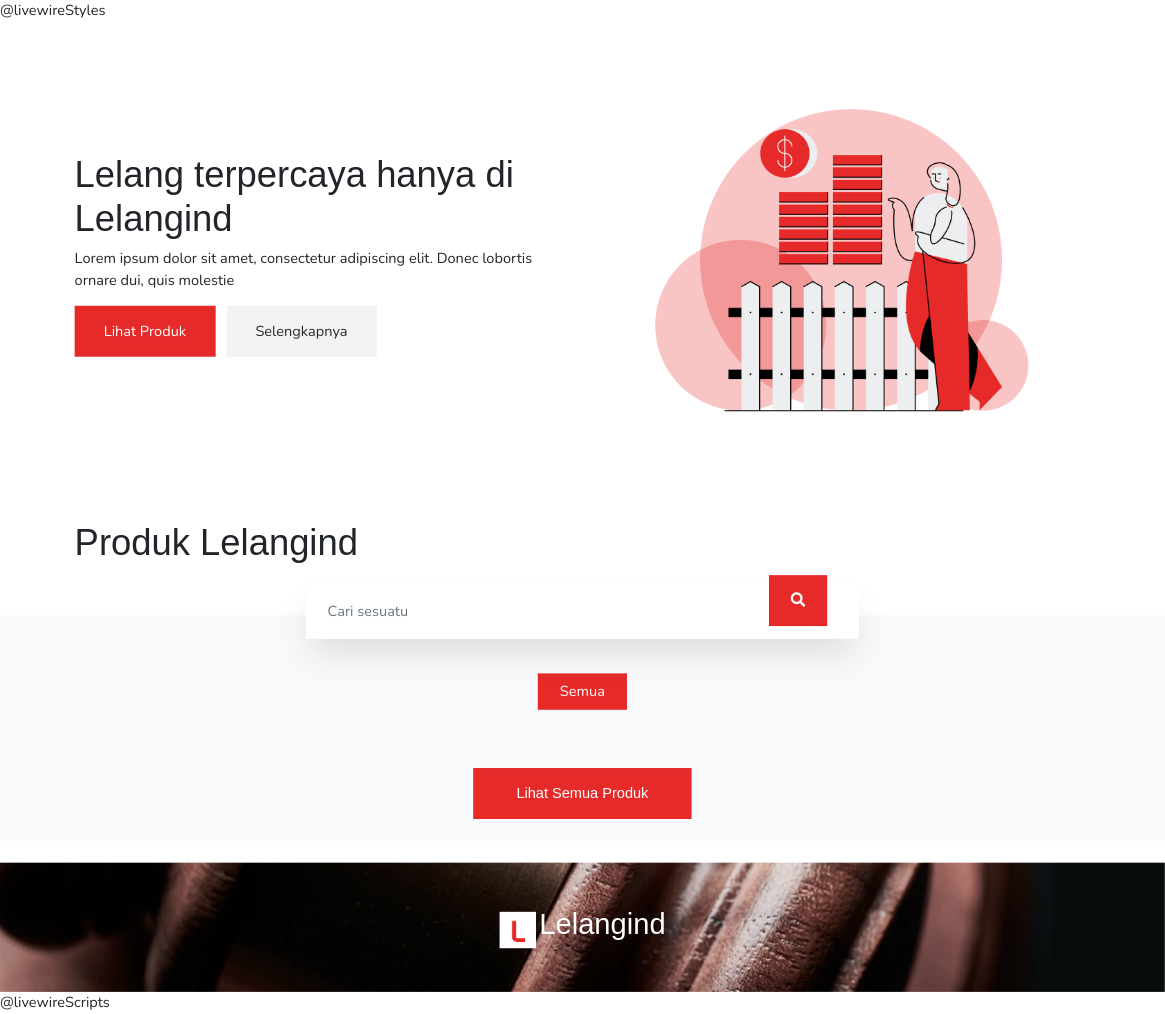
Repository: khulqu15/lelangyuk
Page: http://localhost/
An editor plug-in stored every save of this project. The page is shown before and after the next save, followed by the edit.
The browser window is 1280 px wide. The pictures show the whole page, at 91% of full size.
Backgrounds fixed to the window are drawn as part of the page. Some web fonts or font styles are not loaded; a fallback is used. The page is served by the project's Laravel application, run on PHP 8.4 with Laravel 8. Other server files are loaded and not shown. Queries for data that is not in the repository find no rows.

Above is the page before, as saved 2021-02-15 16:01:30.

### routes/web.php
<?php

use App\Http\Controllers\PageController;
use App\Http\Livewire\Page\Home;
use Illuminate\Support\Facades\Route;

/*
|--------------------------------------------------------------------------
| Web Routes
|--------------------------------------------------------------------------
|
| Here is where you can register web routes for your application. These
| routes are loaded by the RouteServiceProvider within a group which
| contains the "web" middleware group. Now create something great!
|
*/

Route::get('/', [PageController::class, 'home'])->name('home');

Route::get('home', [Home::class, 'render']);

Route::middleware(['auth:sanctum', 'verified'])->get('/dashboard', function () {
    return view('dashboard');
})->name('dashboard');

### app/Http/Controllers/PageController.php
<?php

namespace App\Http\Controllers;

use App\Models\CategoryProduct;
use App\Models\Product;
use Illuminate\Http\Request;

class PageController extends Controller
{
    public $product;
    public $ctr;

    public function __construct(Product $product, CategoryProduct $category)
    {
        $this->ctr = $category;
        $this->product = $product;
    }

    public function home(Request $request)
    {
        $query = $this->product->query();
        $product = $query->with('Category');
        if($request->get('name')) {
            $products = $query->where('name', 'LIKE', "%".$request->get('name')."%");
        }
        if($request->get('category')) {
            $products = $query->where('category_id', $request->get('category'));
        }
        $products = $query->paginate(6);
        $categories = $this->ctr->paginate(4);
        return view('welcome', compact('products', 'categories'));
    }

    public function products(Request $request)
    {

    }

    public function product(Request $request)
    {

    }
}

### app/Http/Controllers/Controller.php
<?php

namespace App\Http\Controllers;

use GuzzleHttp\Exception\ClientException;
use Illuminate\Foundation\Auth\Access\AuthorizesRequests;
use Illuminate\Foundation\Bus\DispatchesJobs;
use Illuminate\Foundation\Validation\ValidatesRequests;
use Illuminate\Routing\Controller as BaseController;

class Controller extends BaseController
{
    use AuthorizesRequests, DispatchesJobs, ValidatesRequests;

    public function onSuccess($dataType, $data, $requestType = null)
    {
        if($requestType != null) {
            return response()->json([
                'status' => "$dataType $requestType",
                'code' => '200',
                'data' => $data
            ]);
        }
        if($data == null) {
            return response()->json([
                'status' => "$dataType Not Found",
                'code' => '404',
                'message' => "Data $dataType belum ada",
                'data' => $data
            ]);
        }
        return response()->json([
            'status' => "$dataType Founded",
            'code' => '200',
            'message' => "Data $dataType ditemukan",
            'data' => $data
        ]);
    }

    public function onError(\Exception $e)
    {
        if($e instanceof ClientException) {
            $nException = json_decode($e->getResponse()->getBody()->getContents(), true);
            if($nException) {
                $e = new \Exception($nException['reason'], $nException['code']);
            }
        }
        $exceptions = [
            'status' => 'Failed Error',
            'code' => $e->getCode(),
            'error' => $e->getMessage(),
        ];
        return response()->json($exceptions);
    }
}

### app/Models/Product.php
<?php

namespace App\Models;

use Illuminate\Database\Eloquent\Factories\HasFactory;
use Illuminate\Database\Eloquent\Model;

class Product extends Model
{
    use HasFactory;

    protected $table = 'products';

    protected $fillable = ['name', 'close', 'price', 'picture', 'description', 'category_id'];

    public function Category()
    {
        return $this->belongsTo(CategoryProduct::class, 'category_id');
    }
}

### app/Models/CategoryProduct.php
<?php

namespace App\Models;

use Illuminate\Database\Eloquent\Factories\HasFactory;
use Illuminate\Database\Eloquent\Model;

class CategoryProduct extends Model
{
    use HasFactory;

    protected $table = 'category_products';

    protected $fillable = ['name'];

    public function Product()
    {
        return $this->hasMany(Product::class, 'category_id');
    }
}

### resources/views/welcome.blade.php
@extends('layouts.general')

@section('title', 'Beranda')

@section('content')

<div class="container py-5">
    <div class="row pt-5 pb-4">
        <div class="col-md-6 pt-5">
            <h1 class="viga">Lelang terpercaya hanya di Lelangind</h1>
            <p>Lorem ipsum dolor sit amet, consectetur adipiscing elit. Donec lobortis ornare dui, quis molestie </p>
            <button class="btn btnm-primary">Lihat Produk</button>
            <button class="btn btnm-light mx-2">Selengkapnya</button>
        </div>
        <div class="col-md-6 py-md-0 py-4 text-center">
            <img src="{{ asset('img/illust/home.png') }}" class="w-75" alt="">
        </div>
    </div>
</div>

<div class="container mt-5">
    <div class="row">
        <div class="col-md-12">
            <h1 class="viga">Produk Lelangind</h1>
        </div>
    </div>
</div>

<div class="container-fluid mt-5 pt-3 bg-light">
    <div class="container">
        <div class="row">
            <div class="col-md-8 offset-md-2 text-center position-relative">
                <div class="input-search-home">
                    <form action="{{ route('home') }}" method="GET">
                        <div class="row">
                            <div class="col-9">
                                <input value="{{ request()->get('name') == null ? null : request()->get('name') }}"
                                type="text" name="name" placeholder="Cari sesuatu" class="form-control px-4 border-0">
                            </div>
                            <div class="col-3">
                                @if (Request::get('name') == null)
                                    <button type="submit" class="btn btnm-primary px-4">
                                        <i class="fas fa-search"></i>
                                    </button>
                                @else
                                    <a href="{{ route('home') }}" type="button" class="btn btnm-light px-4">
                                        <i class="fas fa-undo"></i>
                                    </a>
                                @endif
                            </div>
                        </div>
                    </form>
                </div>
                <div class="pt-5 pb-3">
                    <a href="{{ route('home') }}" class="btn {{ request()->get('category') == null ? 'btnm-primary' : 'btnm-light' }} btnm-primary my-md-0 my-2 mx-2 px-4 py-2">Semua</a>
                    @foreach ($categories as $category)
                        <a href="{{ route('home', ['category' => $category->id]) }}"
                        class="btn {{ request()->get('category') == $category->id ? 'btnm-primary' : 'btnm-light' }} my-md-0 my-2 mx-2 px-4 py-2">{{ $category->name }}</a>
                    @endforeach
                </div>
            </div>
        </div>
        <div class="row my-4">
            @foreach ($products as $product)
            <div class="col-md-4 col-sm-6 my-2">
                <div class="card card-product border-0 cursor-point mb-4">
                    <div class="image">
                        <img src="{{ asset('img/product/'.$product->picture) }}" class="w-100 image-fit-card" alt="Produk">
                    </div>
                    <div class="body p-4">
                        <h4 class="viga">{{ $product->name }}</h4>
                        <div>
                            <div class="line-category"></div>
                            <p class="mb-0 d-inline-block textm-gray position-relative" style="top: 3px">{{ $product->category->name }}</p>
                        </div>
                        <div class="mt-4">
                            <h5 class="viga textm-primary">Rp {{ number_format($product->price) }},-</h5>
                        </div>
                        <button class="btn viga btnm-primary py-3 px-5 position-absolute" style="right:0; bottom: -16px">Lebih Detail</button>
                    </div>
                </div>
            </div>
            @endforeach
            <div class="col-12 text-center py-4">
                <button class="btn btnm-primary px-5 py-3 viga">Lihat Semua Produk</button>
            </div>
        </div>
    </div>
</div>

<div class="container-fluid py-5 bg-hammer-bottom">
    <div class="row">
        <div class="col-md-8 offset-md-2 text-center">
            <img src="{{ asset('img/logo-white.png') }}" class="d-inline-block" width="40px" alt="Logo">
            <h2 class="viga d-inline-block text-white mb-0">Lelangind</h2>
        </div>
    </div>
</div>

@endsection

### resources/views/layouts/general.blade.php
<!DOCTYPE html>
<html lang="{{ str_replace('_', '-', app()->getLocale()) }}">
    <head>
        <meta charset="utf-8">
        <meta name="viewport" content="width=device-width, initial-scale=1">

        <title>Lelangind | @yield('title')</title>

        <link rel="shortcut icon" href="{{ asset('img/logo.png') }}" type="image/x-icon">

        <!-- Fonts -->
        <link href="https://fonts.googleapis.com/css2?family=Nunito:wght@400;600;700&display=swap" rel="stylesheet">
        <link href="https://fonts.googleapis.com/css2?family=Viga:wght@400;600;700&display=swap" rel="stylesheet">

        {{-- Scripts --}}
        <script src="{{ asset('js/jquery-3.5.1.min.js') }}"></script>
        <script src="{{ asset('js/bootstrap.min.js') }}"></script>
        <script src="{{ asset('js/all.min.js') }}"></script>
        <script src="{{ asset('js/fontawesome.min.js') }}"></script>

        @yield('asset')

        <!-- Styles -->
        <link rel="stylesheet" href="{{ asset('css/bootstrap.min.css') }}">
        <link rel="stylesheet" href="{{ asset('css/all.min.css') }}">
        <link rel="stylesheet" href="{{ asset('css/fontawesome.min.css') }}">
        <link rel="stylesheet" href="{{ asset('css/style.css') }}">
        <style>
            /*! normalize.css v8.0.1 | MIT License | github.com/necolas/normalize.css */html{line-height:1.15;-webkit-text-size-adjust:100%}body{margin:0}a{background-color:transparent}[hidden]{display:none}html{font-family:system-ui,-apple-system,BlinkMacSystemFont,Segoe UI,Roboto,Helvetica Neue,Arial,Noto Sans,sans-serif,Apple Color Emoji,Segoe UI Emoji,Segoe UI Symbol,Noto Color Emoji;line-height:1.5}*,:after,:before{box-sizing:border-box;border:0 solid #e2e8f0}a{color:inherit;text-decoration:inherit}svg,video{display:block;vertical-align:middle}video{max-width:100%;height:auto}.bg-white{--bg-opacity:1;background-color:#fff;background-color:rgba(255,255,255,var(--bg-opacity))}.bg-gray-100{--bg-opacity:1;background-color:#f7fafc;background-color:rgba(247,250,252,var(--bg-opacity))}.border-gray-200{--border-opacity:1;border-color:#edf2f7;border-color:rgba(237,242,247,var(--border-opacity))}.border-t{border-top-width:1px}.flex{display:flex}.grid{display:grid}.hidden{display:none}.items-center{align-items:center}.justify-center{justify-content:center}.font-semibold{font-weight:600}.h-5{height:1.25rem}.h-8{height:2rem}.h-16{height:4rem}.text-sm{font-size:.875rem}.text-lg{font-size:1.125rem}.leading-7{line-height:1.75rem}.mx-auto{margin-left:auto;margin-right:auto}.ml-1{margin-left:.25rem}.mt-2{margin-top:.5rem}.mr-2{margin-right:.5rem}.ml-2{margin-left:.5rem}.mt-4{margin-top:1rem}.ml-4{margin-left:1rem}.mt-8{margin-top:2rem}.ml-12{margin-left:3rem}.-mt-px{margin-top:-1px}.max-w-6xl{max-width:72rem}.min-h-screen{min-height:100vh}.overflow-hidden{overflow:hidden}.p-6{padding:1.5rem}.py-4{padding-top:1rem;padding-bottom:1rem}.px-6{padding-left:1.5rem;padding-right:1.5rem}.pt-8{padding-top:2rem}.fixed{position:fixed}.relative{position:relative}.top-0{top:0}.right-0{right:0}.shadow{box-shadow:0 1px 3px 0 rgba(0,0,0,.1),0 1px 2px 0 rgba(0,0,0,.06)}.text-center{text-align:center}.text-gray-200{--text-opacity:1;color:#edf2f7;color:rgba(237,242,247,var(--text-opacity))}.text-gray-300{--text-opacity:1;color:#e2e8f0;color:rgba(226,232,240,var(--text-opacity))}.text-gray-400{--text-opacity:1;color:#cbd5e0;color:rgba(203,213,224,var(--text-opacity))}.text-gray-500{--text-opacity:1;color:#a0aec0;color:rgba(160,174,192,var(--text-opacity))}.text-gray-600{--text-opacity:1;color:#718096;color:rgba(113,128,150,var(--text-opacity))}.text-gray-700{--text-opacity:1;color:#4a5568;color:rgba(74,85,104,var(--text-opacity))}.text-gray-900{--text-opacity:1;color:#1a202c;color:rgba(26,32,44,var(--text-opacity))}.underline{text-decoration:underline}.antialiased{-webkit-font-smoothing:antialiased;-moz-osx-font-smoothing:grayscale}.w-5{width:1.25rem}.w-8{width:2rem}.w-auto{width:auto}.grid-cols-1{grid-template-columns:repeat(1,minmax(0,1fr))}@media (min-width:640px){.sm\:rounded-lg{border-radius:.5rem}.sm\:block{display:block}.sm\:items-center{align-items:center}.sm\:justify-start{justify-content:flex-start}.sm\:justify-between{justify-content:space-between}.sm\:h-20{height:5rem}.sm\:ml-0{margin-left:0}.sm\:px-6{padding-left:1.5rem;padding-right:1.5rem}.sm\:pt-0{padding-top:0}.sm\:text-left{text-align:left}.sm\:text-right{text-align:right}}@media (min-width:768px){.md\:border-t-0{border-top-width:0}.md\:border-l{border-left-width:1px}.md\:grid-cols-2{grid-template-columns:repeat(2,minmax(0,1fr))}}@media (min-width:1024px){.lg\:px-8{padding-left:2rem;padding-right:2rem}}@media (prefers-color-scheme:dark){.dark\:bg-gray-800{--bg-opacity:1;background-color:#2d3748;background-color:rgba(45,55,72,var(--bg-opacity))}.dark\:bg-gray-900{--bg-opacity:1;background-color:#1a202c;background-color:rgba(26,32,44,var(--bg-opacity))}.dark\:border-gray-700{--border-opacity:1;border-color:#4a5568;border-color:rgba(74,85,104,var(--border-opacity))}.dark\:text-white{--text-opacity:1;color:#fff;color:rgba(255,255,255,var(--text-opacity))}.dark\:text-gray-400{--text-opacity:1;color:#cbd5e0;color:rgba(203,213,224,var(--text-opacity))}}
        </style>

        <style>
            body {
                font-family: 'Nunito';
            }
        </style>
        @livewireStyles
    </head>
    <body class="antialiased">

        @yield('content')

    @livewireScripts
    </body>
</html>

### public/css/style.css
.viga {
    font-family: 'Viga', sans-serif;
}
.bgm-primary {
    background-color: #E62A2A !important;
}
.btnm-primary {
    border: none;
    border-radius: 0px !important;
    transition: all .3s ease-in-out;
    background-color: #E62A2A !important;
    padding: 1rem 2rem;
    color: white;
}
.cursor-point {
    cursor: pointer;
}
.btnm-primary:hover {
    color: white !important;
    background-color: #c01c1c !important;
}
.btnm-light {
    border: none;
    border-radius: 0px !important;
    transition: all .3s ease-in-out;
    background-color: #f2f2f2 !important;
    padding: 1rem 2rem;
    color: #292929;
}
.btnm-light:hover {
    color: #292929 !important;
    background-color: #c2c2c2 !important;
}
.textm-primary {
    color: #E62A2A !important;
}
.textm-gray {
    color: gray !important;
}

.input-search-home {
    width: 80%;
    position: absolute;
    left: 10%;
    height: 60px;
    box-shadow: 0px 20px 40px -6px rgba(0, 0, 0, 0.12);
    top: -50px;
    background-color: white;
}
.input-search-home input {
    height: 60px;
}
.input-search-home button,
.input-search-home a {
    position: relative;
    top: -10px;
}


.card-product {
    width: 100%;
    transition: all .3s ease-in-out;
    height: 370px;
    background-color: white;
}
.card-product:hover {
    box-shadow: 12px 24px 48px rgba(0, 0, 0, 0.09);
}
.card-product .image {
    width: 100%;
    height: 170px;
    background-color: #f36c6c;
    overflow: hidden;
}
.card-product .image img {
    transition: all .3s ease-in-out;
}
.card-product .image:hover img {
    transform: scale(1.1);
    opacity: .6;
}
.image-fit-card {
    width: 100%;
    height: 100%;
    object-fit: cover !important;
}
.card-product .line-category {
    display: inline-block;
    width: 20px;
    height: 3px;
    background-color: gray;
}

.bg-hammer-bottom {
    background: url('../img/wallpaper/hammer.png');
    background-attachment: fixed;
    background-position: center;
    background-size: cover;
}

Loaded but not shown: public/js/jquery-3.5.1.min.js (library); public/js/bootstrap.min.js (library); public/js/fontawesome.min.js (library); public/css/bootstrap.min.css (library); public/css/all.min.css (library); public/css/fontawesome.min.css (library)

After the next save:
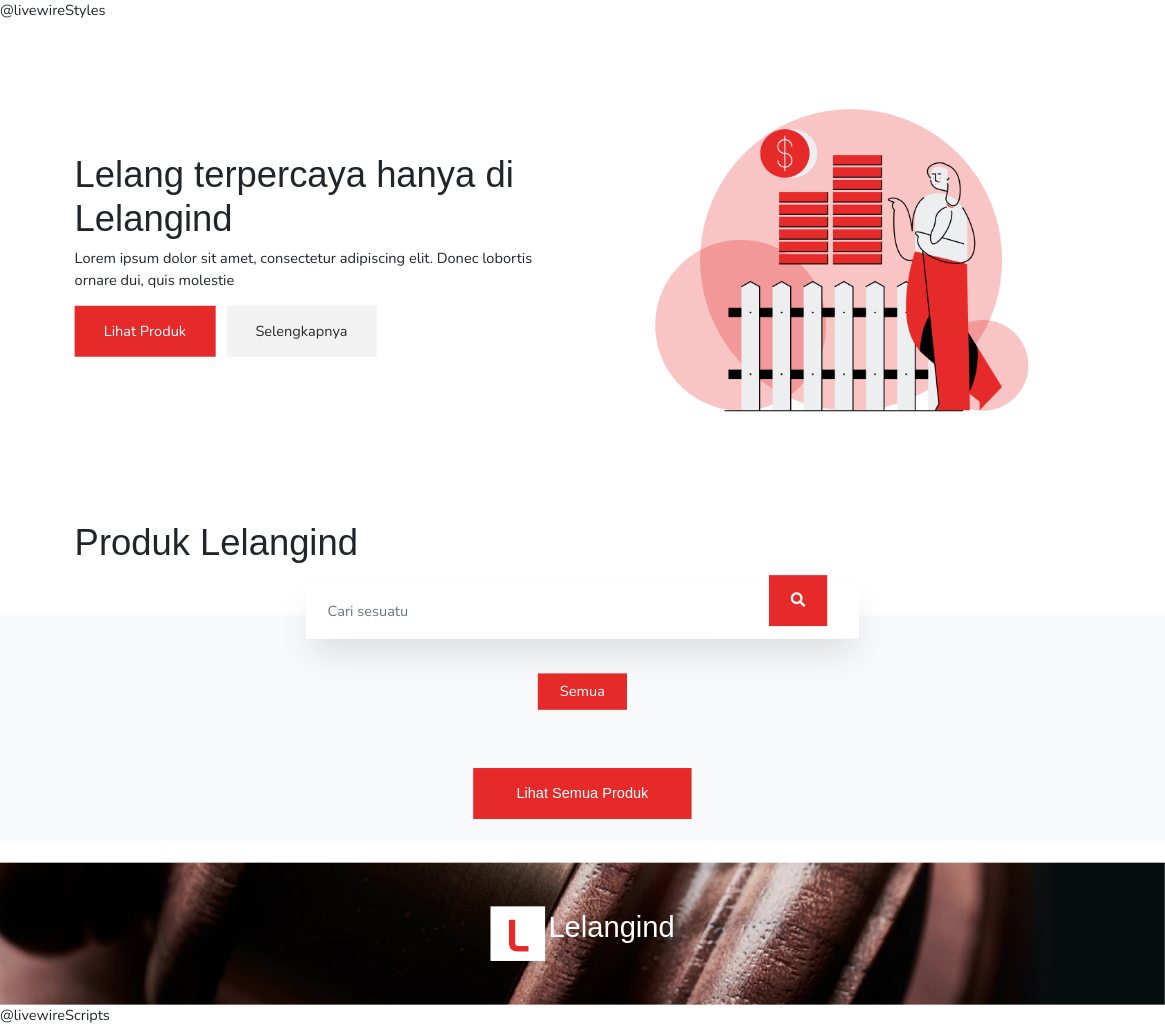
Saved 10 s later.
--- a/resources/views/welcome.blade.php
+++ b/resources/views/welcome.blade.php
@@ -91,7 +91,7 @@
 <div class="container-fluid py-5 bg-hammer-bottom">
     <div class="row">
         <div class="col-md-8 offset-md-2 text-center">
-            <img src="{{ asset('img/logo-white.png') }}" class="d-inline-block" width="40px" alt="Logo">
+            <img src="{{ asset('img/logo-white.png') }}" class="d-inline-block" width="60px" alt="Logo">
             <h2 class="viga d-inline-block text-white mb-0">Lelangind</h2>
         </div>
     </div>
